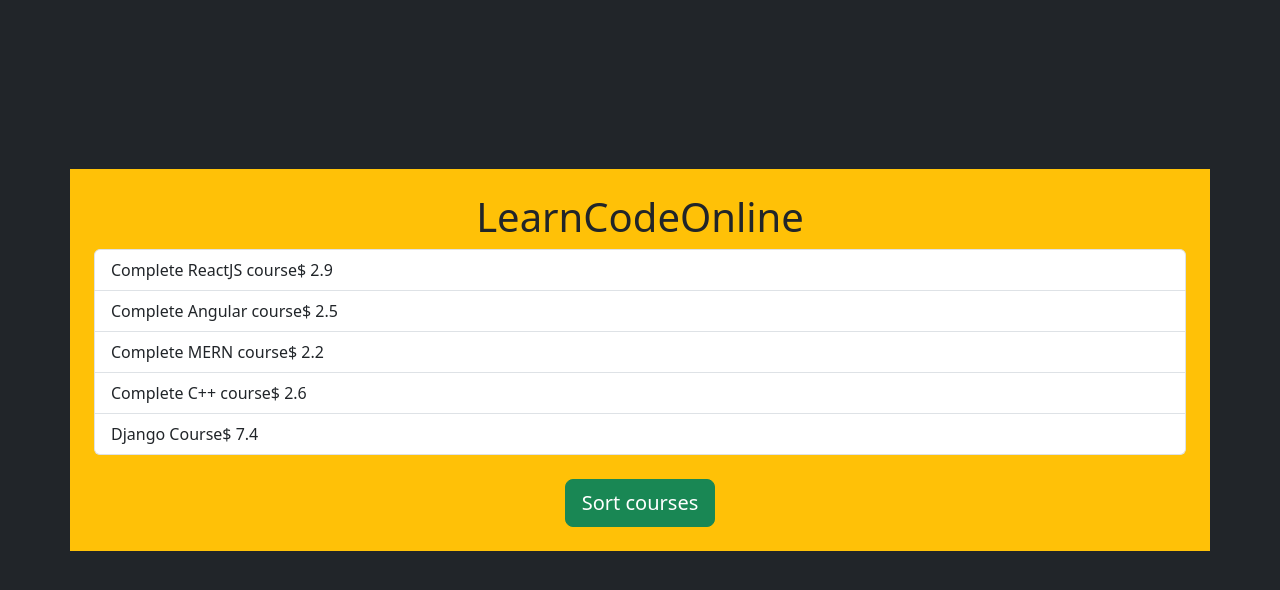
Repository: Bhoomika140420/Course_Sorting_list
Page: index.html
These files come from the project's save history. The page is drawn as it stood at one moment and after the next save; the edit follows.
The browser window is 1280 px wide. The pictures show the whole page.
After loading, the first visible `#btn` was clicked once.

Above is the page before, as saved 2023-08-29 19:25:27.

### index.html
<!DOCTYPE html>
<html lang="en">
  <head>
    <meta charset="UTF-8" />
    <meta name="viewport" content="width=device-width, initial-scale=1.0" />
    <title>LearnCodeOnline</title>
    <link rel="stylesheet" href="./style.css" />
     <!--css stylesheets-->
  <link href="https://cdn.jsdelivr.net/npm/bootstrap@5.3.0-alpha3/dist/css/bootstrap.min.css" rel="stylesheet" integrity="sha384-KK94CHFLLe+nY2dmCWGMq91rCGa5gtU4mk92HdvYe+M/SXH301p5ILy+dN9+nJOZ" crossorigin="anonymous">
  <link rel="stylesheet" href="./style.css">


    <!--js-->
  <script src="https://cdn.jsdelivr.net/npm/bootstrap@5.3.0-alpha3/dist/js/bootstrap.bundle.min.js" integrity="sha384-ENjdO4Dr2bkBIFxQpeoTz1HIcje39Wm4jDKdf19U8gI4ddQ3GYNS7NTKfAdVQSZe" crossorigin="anonymous"></script>
  <script src="https://cdn.jsdelivr.net/npm/@popperjs/core@2.11.7/dist/umd/popper.min.js" integrity="sha384-zYPOMqeu1DAVkHiLqWBUTcbYfZ8osu1Nd6Z89ify25QV9guujx43ITvfi12/QExE" crossorigin="anonymous"></script>
  <script src="https://cdn.jsdelivr.net/npm/bootstrap@5.3.0-alpha3/dist/js/bootstrap.min.js" integrity="sha384-Y4oOpwW3duJdCWv5ly8SCFYWqFDsfob/3GkgExXKV4idmbt98QcxXYs9UoXAB7BZ" crossorigin="anonymous"></script>

  </head>
  <body class="bg-dark">
    <div class="container bg-warning p-4">
      <h1 class="text-center">LearnCodeOnline</h1>
      <ul class="list-group">

        <!--<li class="list-group-item">
          Javascript course<span class="float-right">$2.1</span>
        </li>-->

      </ul>
      <button
        id="btn"
        type="button"
        class="btn btn-success btn-lg mt-4 mx-auto d-block sort-btn"
      >
        Sort courses
      </button>
    </div>

    <script src="./script.js"></script>
  </body>
</html>

### script.js
const courses = [
    {
      name: "Complete ReactJS course",
      price: "2.9",
    },
    {
      name: "Complete Angular course",
      price: "2.5",
    },
    {
      name: "Complete MERN course",
      price: "2.2",
    },
    {
      name: "Complete C++ course",
      price: "2.6",
    },
    {
      name: "Django Course",
      price: "7.4",
    },
  ];

  {
    /* <li class="list-group-item">
    Complete C++ course
    <span class="float-right">$ 2.8</span>;
  </li>; */
  }

  function generateLIST() {
    const ul = document.querySelector(".list-group");

    ul.innerHTML = "";
    courses.forEach((course) => {
      const li = document.createElement("li");
      li.classList.add("list-group-item");

      const name = document.createTextNode(course.name);
      li.appendChild(name);

      const span = document.createElement("span");
      span.classList.add("float-right");
      const price = document.createTextNode("$ " + course.price);
      span.appendChild(price);

      li.appendChild(span);
      ul.appendChild(li);
    }

    );

  }

  // generateLIST();

  window.addEventListener("load", generateLIST);

  const button = document.querySelector(".sort-btn");
  button.addEventListener( "click" , () => {
    if (button.innerHTML== "Sort courses")  {
    courses.sort((a, b) => a.price - b.price);
    generateLIST();
    button.innerHTML= "Shuffle courses";
    } else{
      courses.price = Math.floor(Math.random() * 10);

    }
  });

Loaded but not shown: style.css (common file)

After the next save:
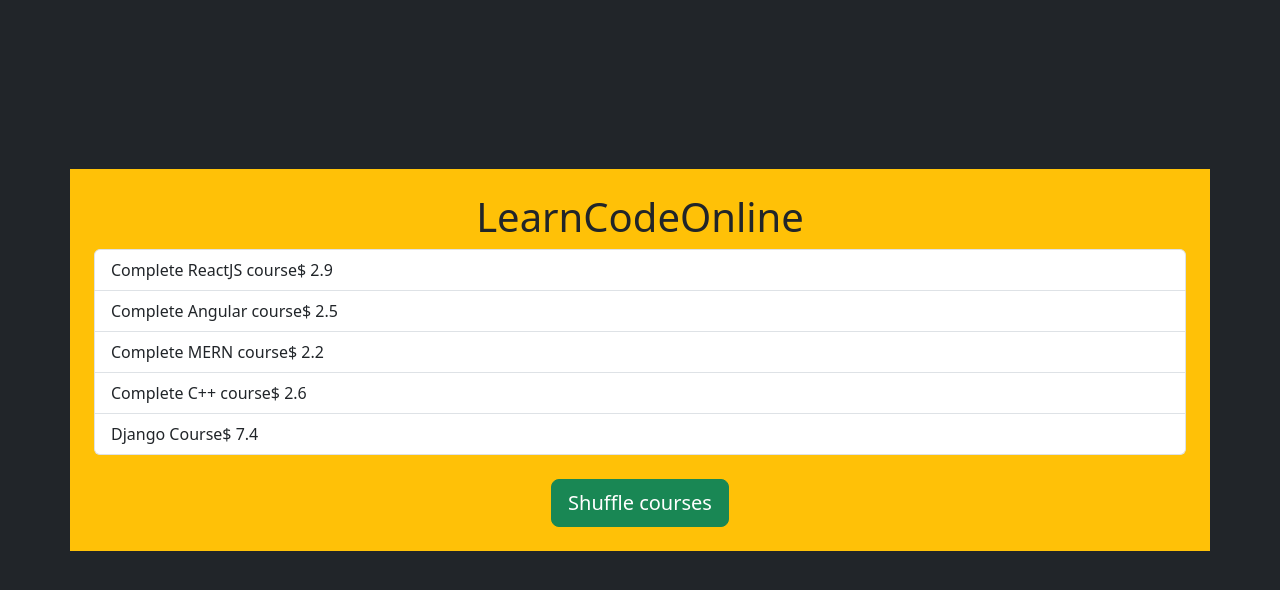
Saved 7 s later.
--- a/script.js
+++ b/script.js
@@ -64,6 +64,6 @@
     button.innerHTML= "Shuffle courses";
     } else{
       courses.price = Math.floor(Math.random() * 10);
-
+      button.innerHTML= "Shuffle courses";
     }
   });

After the save that followed:
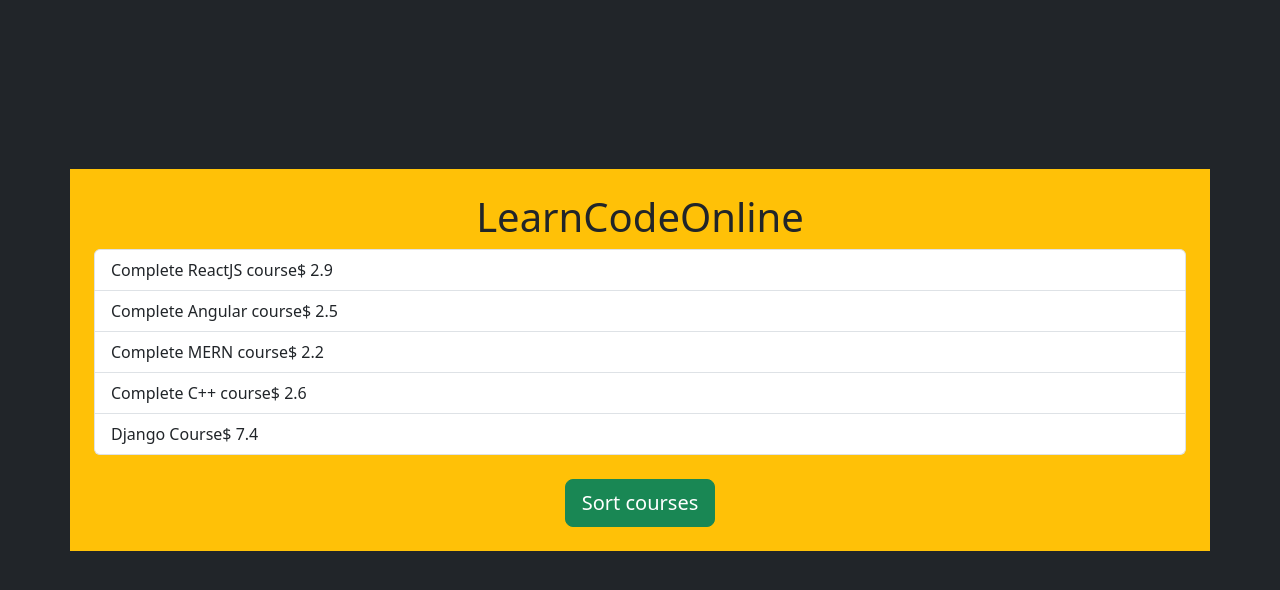
Saved 12 s later.
--- a/script.js
+++ b/script.js
@@ -64,6 +64,6 @@
     button.innerHTML= "Shuffle courses";
     } else{
       courses.price = Math.floor(Math.random() * 10);
-      button.innerHTML= "Shuffle courses";
+      button.innerHTML= "Sort courses";
     }
   });
